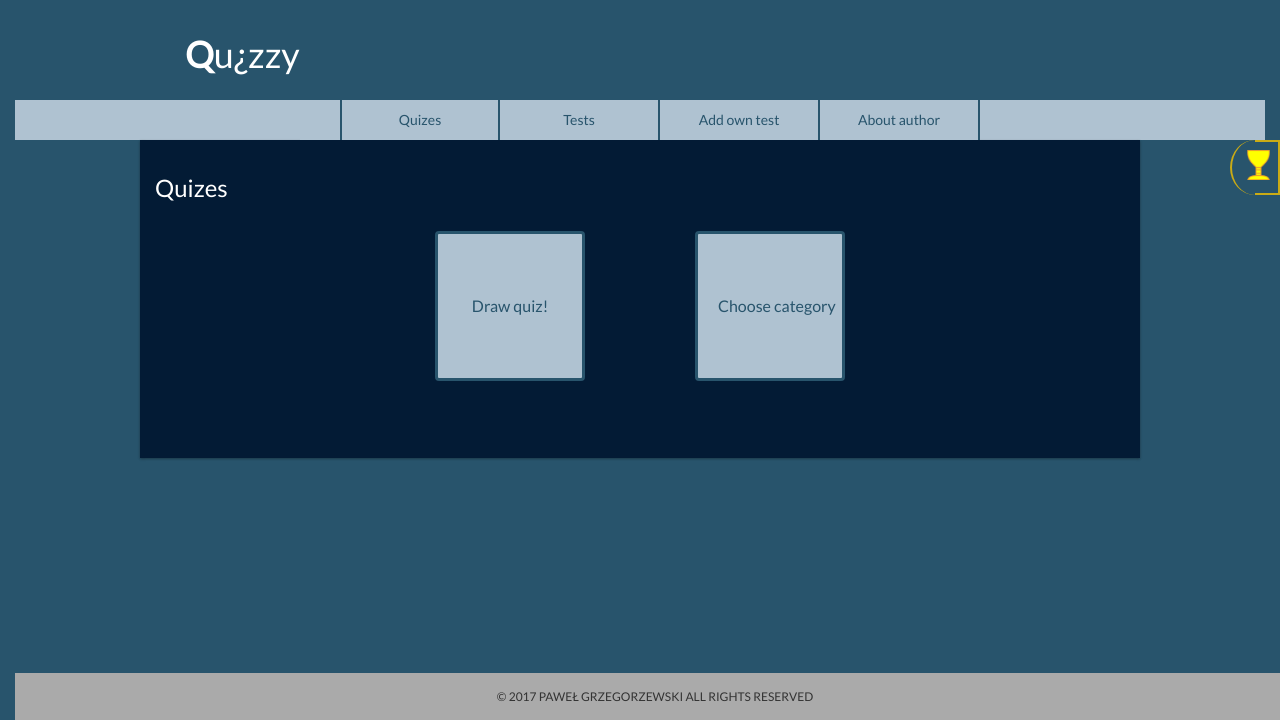
Repository: pgrzegorzewski/quiz
Page: http://localhost/app/quiz.php
An editor plug-in stored every save of this project. The page is shown before and after the next save, followed by the edit.
The browser window is 1280 px wide. The pictures show the whole page.
Some web libraries are served in a nearby version. The page is run by PHP 8.4 with error messages shown; the project is at /var/www/html/.

Above is the page before, as saved 2017-04-22 14:05:28.

After the next save:
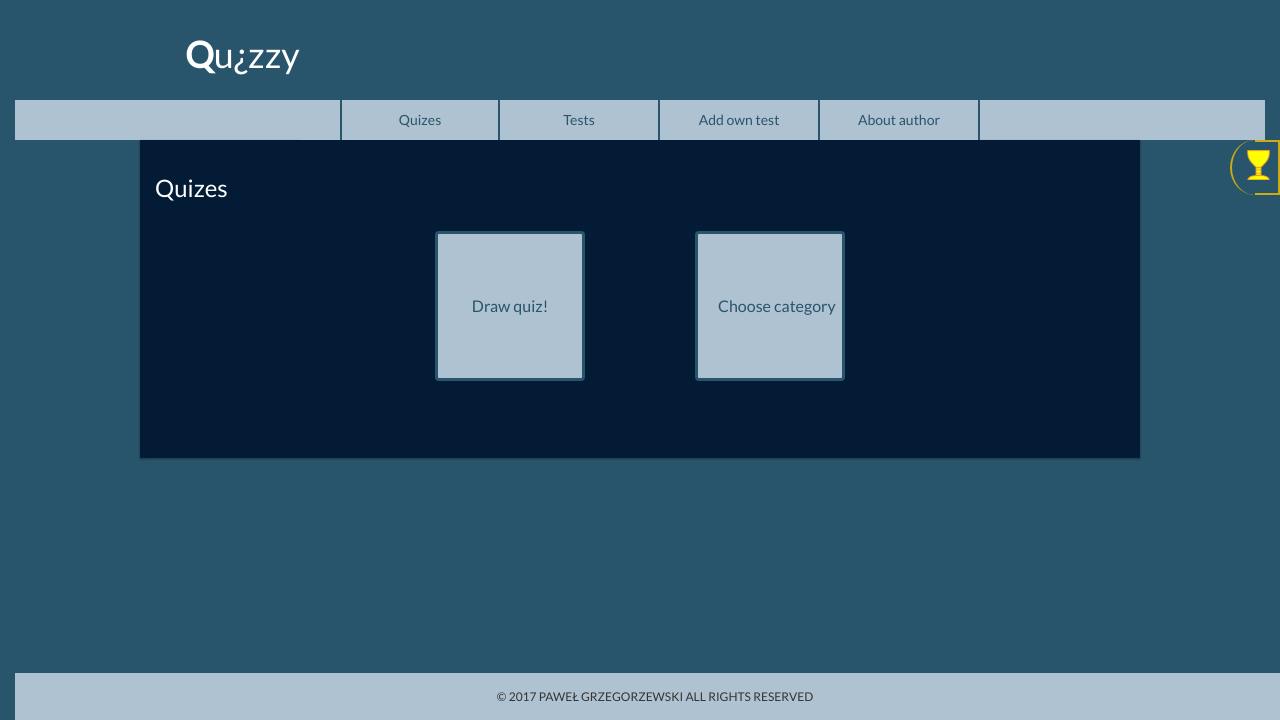
Saved 47 s later.
--- a/htdocs/app/learningapp/css/index.css
+++ b/htdocs/app/learningapp/css/index.css
@@ -238,7 +238,7 @@ ol > li > ul > li > a:hover
 }
 
 .footer {
-    background-color: #AAAAAA;
+    background-color: #AFC2D1;
     font-size: 12px;
     padding: 15px;
     bottom: 0;
